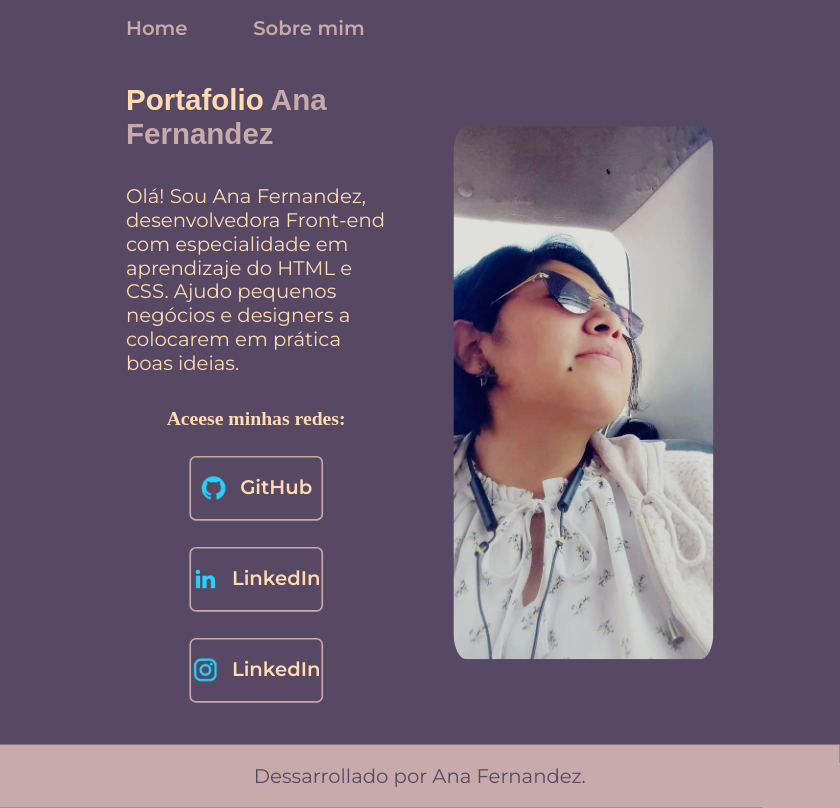
Repository: AnaFzCz/Portifolio-HTML-CSS-dinamico
Page: index.html
The author's editor kept a copy of each file at every save. The page is drawn from the files as they stood at one save, then again after the next save.
The browser window is 1024 px wide. The pictures show the whole page, at 82% of full size.
Some web fonts or font styles are not loaded; a fallback is used.

Above is the page before, as saved 2025-02-11 10:43:32.

After the next save:
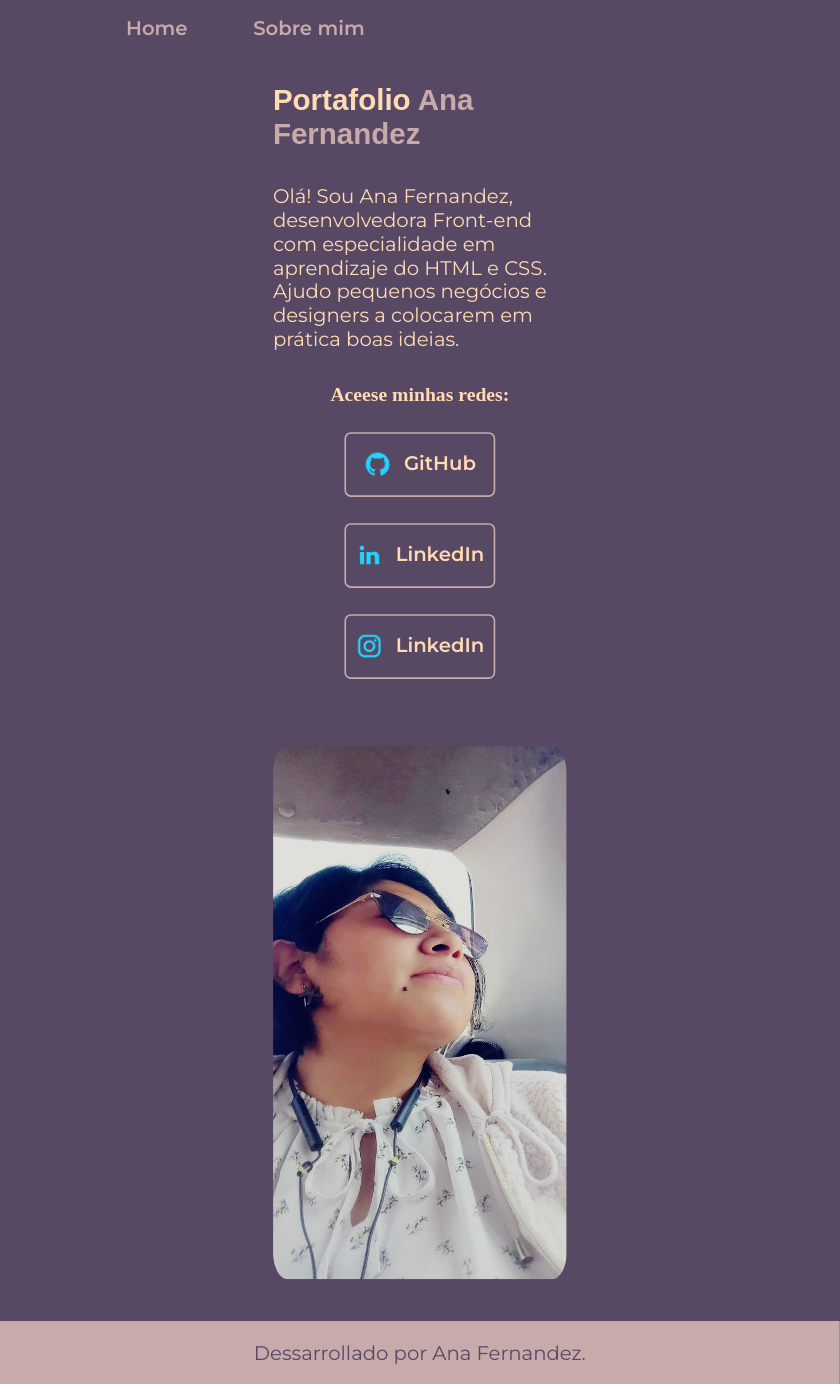
Saved 4 min 58 s later.
--- a/styles/style.css
+++ b/styles/style.css
@@ -140,3 +140,10 @@
     font-size: 1.5rem;
     font-weight: 400;
 }
+
+@media(max-width:1200px) {
+    .apresentacao {
+        flex-direction: column;
+    }
+
+}
